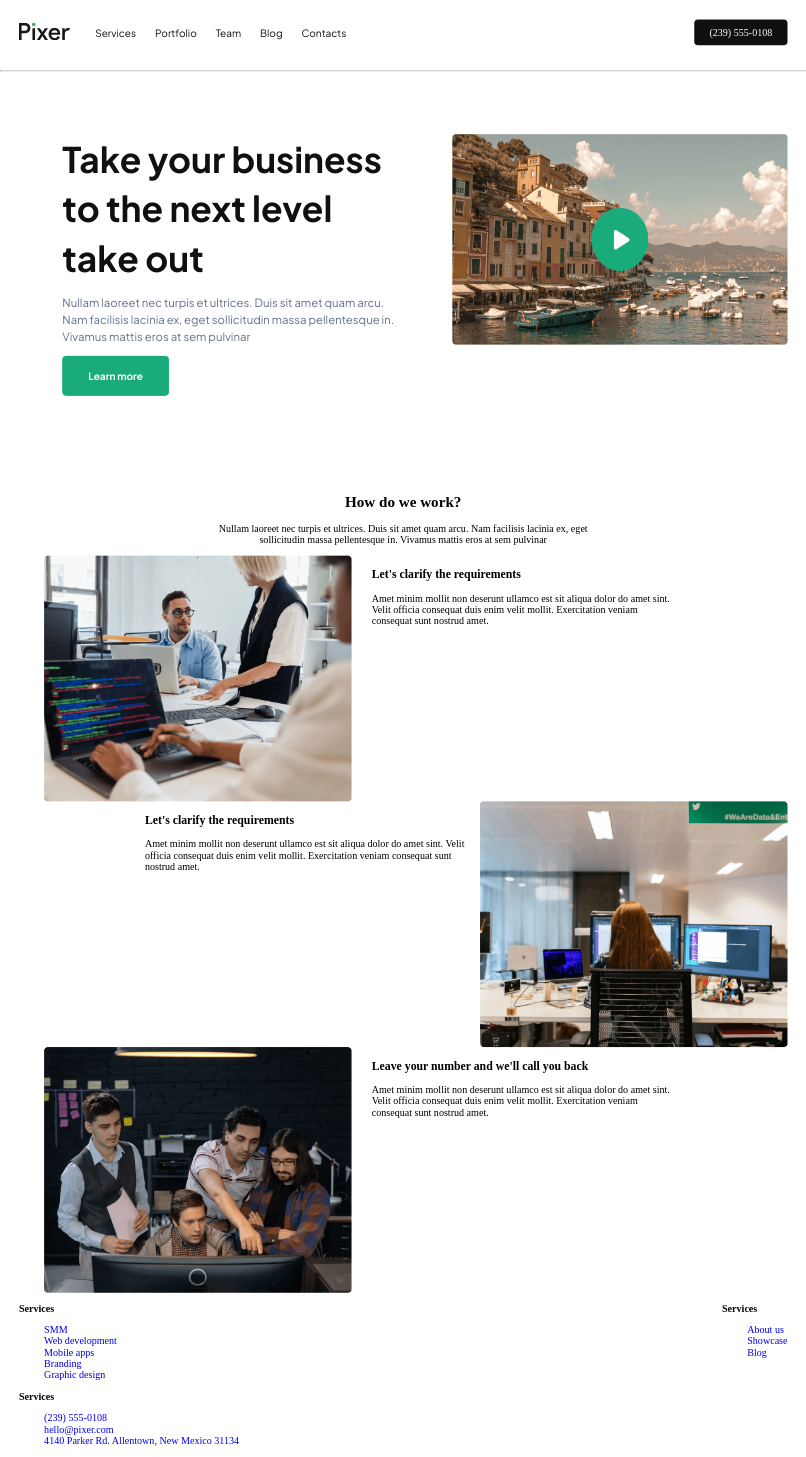
Repository: UlugbekAbdurasulov/pixar
Page: index.html
These files come from the project's save history. The page is drawn as it stood at one moment and after a run of saves; the edit follows.
The browser window is 1280 px wide. The pictures show the whole page, at 63% of full size.

Above is the page before, as saved 2023-06-05 02:18:14.

### index.html
<!DOCTYPE html>
<html lang="en">
  <head>
    <meta charset="UTF-8" />
    <meta http-equiv="X-UA-Compatible" content="IE=edge" />
    <meta name="viewport" content="width=device-width, initial-scale=1.0" />

    <link rel="stylesheet" href="./css/main.css" />
    <title>Imthon</title>
  </head>
  <body>
    <header class="navbar">
      <div class="container">
        <div class="navbar-box">
          <div class="navvar-right">
            <a href="#"
              ><img
                src="./image/logo.svg"
                width="81"
                height="28"
                alt="pixer campaign lagatip"
            /></a>

            <nav class="navbar-naving">
              <ul class="navvar-helper">
                <li class="navbar-menu">
                  <a class="navbar-menu-link" href="#"><p>Services</p></a>
                </li>
                <li class="navbar-menu">
                  <a class="navbar-menu-link" href="#"><p>Portfolio</p></a>
                </li>
                <li class="navbar-menu">
                  <a class="navbar-menu-link" href="#"><p>Team</p></a>
                </li>
                <li class="navbar-menu">
                  <a class="navbar-menu-link" href="#"><p>Blog</p></a>
                </li>
                <li class="navbar-menu">
                  <a class="navbar-menu-link" href="#"><p>Contacts</p></a>
                </li>
              </ul>
            </nav>
          </div>
          <div class="navbar-link">
            <a class="navbar-enker" href="tel:2395550108">(239) 555-0108 </a>
          </div>
        </div>
      </div>
    </header>
    <hr />


        <div class="container">
            <div  class="hero">
                <div class="hero-wrapper">
                    <div class="hero-wrapper-information">
                        <h1 class="hero-wrapper-footer">
                            Take your   business to the next level take out
                        </h1>
                        <p class="hero-wrapper-text">
                            Nullam laoreet nec turpis et ultrices. Duis sit amet quam arcu. Nam facilisis lacinia ex, eget sollicitudin massa pellentesque in. Vivamus mattis eros at sem pulvinar
                        </p>
                       <a class="hero-wrapper-enker" href="#">Learn more</a>
                    </div>
                    <img src="./image/You-Tube.png" width="532" height="334" alt="">
                </div>
            </div>
</div>
    </menu>
    <section>
    <!-- text -->
    </section>


  <section>
    <div class="container">

      <div class="Services">
        <h2>How do we work?</h2>
        <p>Nullam laoreet nec turpis et ultrices. Duis sit amet quam arcu. Nam facilisis lacinia ex, eget sollicitudin massa pellentesque in. Vivamus mattis eros at sem pulvinar</p>
      </div>
   <ul>
    <li class="services-work"><img src="./image/lissining.png" alt=""> <div class="Services-cantent"><h3>Let's clarify the requirements</h3> <p> Amet minim mollit non deserunt ullamco est sit aliqua dolor do amet sint. Velit officia consequat duis enim velit mollit. Exercitation veniam consequat sunt nostrud amet. </p></div></li>
    <li class="services-work roower"><img src="./image/work.png" alt=""> <div class="Services-cantent cantent"><h3>Let's clarify the requirements</h3> <p> Amet minim mollit non deserunt ullamco est sit aliqua dolor do amet sint. Velit officia consequat duis enim velit mollit. Exercitation veniam consequat sunt nostrud amet. </p></div></li>
    <li class="services-work"><img src="./image/team.png" alt=""> <div class="Services-cantent"><h3>Leave your number and we'll call you back</h3> <p> Amet minim mollit non deserunt ullamco est sit aliqua dolor do amet sint. Velit officia consequat duis enim velit mollit. Exercitation veniam consequat sunt nostrud amet. </p></div></li>
   </ul>
    </div>
  </section>

  <footer>


      <div class="sayt-footer-start">

        <div class="container">
<div class="sayt-footer-start-box">
  <div class="sayt-footer-start-services">
    <strong>Services</strong>
    <ul >
      <li><a href="#"> SMM </a></li>
      <li><a href="#"> Web development</a></li>
      <li><a href="#"> Mobile apps </a></li>
      <li><a href="#"> Branding </a></li>
      <li><a href="#"> Graphic design </a></li>
    </ul>

  </div>
  <div class="sayt-footer-start-Resources">
    <strong>Services</strong>
    <ul >
      <li><a href="#">About us</a></li>
      <li><a href="#">Showcase</a></li>
      <li><a href="#">Blog</a></li>
    </ul>

  </div>
</div>
  <div class="sayt-footer-start-Connect">
    <strong>Services</strong>
    <ul >
      <li><a href="#">(239) 555-0108</a></li>
      <li><a href="#">hello@pixer.com</a></li>
      <li><a href="#">4140 Parker Rd. Allentown, New Mexico 31134</a></li>

    </ul>

  </div>


        </div>

      </div>
      <div class="sayt-footer-bottom">
        <div class="container"></div>
      </div>

  </footer>
  </body>
</html>

### css/main.css
/* plus-jakarta-sans-regular - latin */
@font-face {
  font-display: swap; /* Check https://developer.mozilla.org/en-US/docs/Web/CSS/@font-face/font-display for other options. */
  font-family: "Plus Jakarta Sans";
  font-style: normal;
  font-weight: 400;
  src: url("../fontFamly/plus-jakarta-sans-v7-latin-regular.woff2")
      format("woff2"),
    /* Chrome 36+, Opera 23+, Firefox 39+, Safari 12+, iOS 10+ */
      url("../fontFamly/plus-jakarta-sans-v7-latin-regular.woff") format("woff"); /* Chrome 5+, Firefox 3.6+, IE 9+, Safari 5.1+, iOS 5+ */
}

@font-face {
  font-display: swap; /* Check https://developer.mozilla.org/en-US/docs/Web/CSS/@font-face/font-display for other options. */
  font-family: "Plus Jakarta Sans";
  font-style: italic;
  font-weight: 500;
  src: url("../fontFamly/plus-jakarta-sans-v7-latin-500italic.woff2")
      format("woff2"),
    /* Chrome 36+, Opera 23+, Firefox 39+, Safari 12+, iOS 10+ */
      url("../fontFamly/plus-jakarta-sans-v7-latin-500italic.woff")
      format("woff"); /* Chrome 5+, Firefox 3.6+, IE 9+, Safari 5.1+, iOS 5+ */
}

@font-face {
  font-display: swap; /* Check https://developer.mozilla.org/en-US/docs/Web/CSS/@font-face/font-display for other options. */
  font-family: "Plus Jakarta Sans";
  font-style: normal;
  font-weight: 600;
  src: url("../fontFamly/plus-jakarta-sans-v7-latin-600.woff2") format("woff2"),
    /* Chrome 36+, Opera 23+, Firefox 39+, Safari 12+, iOS 10+ */
      url("../fontFamly/plus-jakarta-sans-v7-latin-600.woff") format("woff"); /* Chrome 5+, Firefox 3.6+, IE 9+, Safari 5.1+, iOS 5+ */
}

@font-face {
  font-display: swap; /* Check https://developer.mozilla.org/en-US/docs/Web/CSS/@font-face/font-display for other options. */
  font-family: "Plus Jakarta Sans";
  font-style: normal;
  font-weight: 700;
  src: url("../fontFamly/plus-jakarta-sans-v7-latin-700.woff2") format("woff2"),
    /* Chrome 36+, Opera 23+, Firefox 39+, Safari 12+, iOS 10+ */
      url("../fontFamly/plus-jakarta-sans-v7-latin-700.woff") format("woff"); /* Chrome 5+, Firefox 3.6+, IE 9+, Safari 5.1+, iOS 5+ */
}

* {
  box-sizing: border-box;
  text-decoration: none;
  list-style: none;
}
body {
  margin: 0;
  padding: 0;
  background-color: #fff;
}
.container {
  width: 1260px;
  margin: 0px auto;
  padding: 0 20px;
}
.navbar-box {
  padding-top: 24px;
  padding-bottom: 24px;
  display: flex;
  justify-content: space-between;
  align-items: center;
  margin: 0;
}

.navvar-right {
  display: flex;
  justify-content: center;
  align-items: center;
  margin: 0;
}
.navvar-helper {
  display: flex;
  margin: 0;
}
.navbar-menu {
  margin-right: 30px;
}
.navbar-enker {
  color: #fff;
  margin: auto right;
  background: #101010;
  border-radius: 6px;
  padding: 12px 24px;
  margin-top: 24px;
}
.navbar-menu-link :hover {
  color: #1aab7b;
}
.navbar-menu-link :active {
  color: #1aab7b;
}

.hr {
  background: #ffffff;
  border-bottom: 1px solid #eeeef4;
}
.hero {
  padding-top: 91px;
  padding-bottom: 156px;
}
.hero-wrapper {
  display: flex;
  justify-content: space-between;
  margin: 0;
}
.hero-wrapper-information {
  width: 550px;
  margin: 0 auto;
}

.hero-wrapper-footer {
  font-family: "Plus Jakarta Sans";
  font-style: normal;
  font-weight: 700;
  font-size: 56px;
  line-height: 140%;
  color: #101010;
  margin: 0;
}
.hero-wrapper-text {
  font-family: "Plus Jakarta Sans";
  font-style: normal;
  font-weight: 400;
  font-size: 18px;
  line-height: 150%;
  color: #636f87;

  margin-bottom: 40px;
}

/* .navbar-link{
        margin: 0 auto;
        padding-top: 24px;
    } */
.navbar-menu-link {
  font-family: "Plus Jakarta Sans";
  font-style: normal;
  font-weight: 500;
  font-size: 16px;
  line-height: 150%;

  color: #101010;
}
.hero-wrapper-enker {
  font-family: "Plus Jakarta Sans";
  font-style: normal;
  font-weight: 700;
  font-size: 16px;
  line-height: 120%;

  text-align: center;
  padding: 20px 40px;
  color: #fff;
  border: 1px #1aab7b solid;
  background-color: #1aab7b;
  border-radius: 6px;
}

.hero-wrapper-enker:hover {
  background: #ffffff;
  border: 1.5px solid #1aab7b;
  border-radius: 6px;
  color: #1aab7b;
}
.hero-wrapper-enker :active {
  background-color: #1aab7b;
  opacity: 0.7;
  color: #fff;
}

.Services{
    width: 650px;
    /* margin: 0 auto; */

 margin: 0 auto;
text-align: center;
}
.services-work{
  display: flex;
}
.Services-cantent{
width: 488px;
margin-left: 32px;
}
.roower{
  flex-direction: row-reverse;
}
.cantent{
  width: 532px;
}
.sayt-footer-start-box{
  display: flex;
justify-content: space-between;
}
.sayt-footer-start-services{
  margin-right: 151px;
}
.sayt-footer-start-Connect{
  margin: auto right;
}
.sayt-footer-start-child{
  margin: 0;
}

### image/logo.svg
<svg width="81" height="28" viewBox="0 0 81 28" fill="none" xmlns="http://www.w3.org/2000/svg">
<path d="M0 27.3919V0.303287H9.34316C10.5077 0.295204 11.664 0.499932 12.7556 0.907471C13.7897 1.29072 14.742 1.86772 15.5618 2.6078C16.3947 3.36821 17.057 4.29789 17.5046 5.3351C17.9523 6.3723 18.175 7.49328 18.158 8.62358C18.1698 9.74744 17.9445 10.8611 17.497 11.8913C17.0496 12.9215 16.39 13.8449 15.5618 14.6008C14.7422 15.3412 13.7899 15.9182 12.7556 16.3011C11.6648 16.7088 10.5093 16.9139 9.34542 16.9065H4.25674V27.3862L0 27.3919ZM9.45604 12.8257C10.1017 12.8382 10.7431 12.7171 11.34 12.4697C11.8662 12.2485 12.3409 11.92 12.7341 11.5051C13.1055 11.1105 13.3993 10.649 13.5999 10.1448C13.7961 9.66446 13.8984 9.15069 13.9013 8.63152C13.8979 7.55157 13.4798 6.51456 12.7341 5.73642C12.3077 5.30129 11.7976 4.95789 11.2348 4.72715C10.672 4.49641 10.0684 4.38315 9.46056 4.39429H4.25674V12.8302L9.45604 12.8257Z" fill="#191919"/>
<path d="M21.4734 8.85371V27.3919H25.6556V8.85371H21.4734Z" fill="#191919"/>
<path d="M26.3611 2.83451C26.3674 3.20623 26.2989 3.57538 26.1598 3.91992C26.0208 4.26446 25.814 4.57731 25.5518 4.83977C25.2975 5.10879 24.9903 5.32169 24.6496 5.46494C24.3089 5.60819 23.9422 5.67864 23.573 5.6718V0.000627874C23.9422 -0.00592918 24.3088 0.0646457 24.6494 0.207876C24.9901 0.351106 25.2973 0.563865 25.5518 0.832657C25.8134 1.09484 26.0199 1.40716 26.1589 1.75105C26.2979 2.09495 26.3667 2.4634 26.3611 2.83451Z" fill="#35AF39"/>
<path d="M23.5696 0.000636352V5.67521C23.1955 5.68389 22.8238 5.61441 22.4779 5.47118C22.132 5.32795 21.8195 5.11409 21.5603 4.84318C21.2969 4.58076 21.0891 4.26751 20.9494 3.92231C20.8097 3.5771 20.7411 3.20708 20.7475 2.83452C20.7422 2.46314 20.8114 2.09449 20.9511 1.75055C21.0907 1.40662 21.2979 1.09445 21.5603 0.832666C21.8199 0.562198 22.1324 0.34864 22.4782 0.205443C22.824 0.0622456 23.1956 -0.00748732 23.5696 0.000636352Z" fill="#35AF39"/>
<path d="M34.8486 17.9709L28.481 8.85371H33.3417L37.3343 14.7176H37.4471L41.1722 8.85371H46.2203L39.7781 17.9709L46.3331 27.3919H41.3664L37.3726 21.3387H37.2598L33.2999 27.3919H28.3681L34.8486 17.9709Z" fill="#191919"/>
<path d="M65.2893 22.9653C64.4947 24.4194 63.3552 25.654 61.9717 26.5598C60.5419 27.5196 58.7843 27.9995 56.699 27.9995C55.3882 28.0133 54.088 27.7623 52.8757 27.2615C51.7354 26.7889 50.7032 26.0872 49.8426 25.1996C48.9783 24.302 48.2996 23.2413 47.8458 22.0789C47.3571 20.8192 47.1142 19.4769 47.1301 18.1251C47.1227 16.8268 47.3523 15.5382 47.8074 14.3231C48.2358 13.1637 48.8815 12.0975 49.7094 11.182C50.5737 10.2405 51.6261 9.49271 52.7979 8.98757C53.9696 8.48244 55.2344 8.23133 56.5094 8.25066C57.9392 8.25066 59.214 8.49022 60.3338 8.96934C61.4151 9.42349 62.3856 10.1076 63.1784 10.9746C63.9808 11.8743 64.5899 12.9305 64.9676 14.0771C65.3926 15.3558 65.6028 16.6966 65.5895 18.0446V18.3846C65.5654 18.4964 65.5526 18.6104 65.5512 18.7247C65.5266 18.8237 65.514 18.9253 65.5139 19.0274H51.3123C51.3651 19.8327 51.583 20.6185 51.9524 21.3353C52.2761 21.9571 52.7174 22.5096 53.2516 22.9619C53.7568 23.3856 54.3391 23.7067 54.9663 23.9073C55.562 24.1045 56.1847 24.2066 56.8119 24.21C58.016 24.21 59.0082 23.9202 59.7886 23.3405C60.5665 22.7601 61.2192 22.0274 61.7075 21.1868L65.2893 22.9653ZM61.4073 15.8149C61.3409 15.3791 61.2207 14.9534 61.0495 14.5476C60.85 14.0652 60.5555 13.6284 60.1837 13.2632C59.7461 12.8402 59.2354 12.5006 58.6767 12.2612C58.0619 11.9838 57.315 11.8452 56.436 11.8452C55.2319 11.8452 54.1957 12.2045 53.3273 12.9232C52.4588 13.6418 51.8749 14.6057 51.5753 15.8149H61.4073Z" fill="#191919"/>
<path d="M68.7547 8.85369H72.7055V11.6536H72.9313C73.1688 11.1616 73.4819 10.7102 73.8591 10.316C74.247 9.89965 74.6912 9.54019 75.1787 9.24817C75.6682 8.95657 76.186 8.71577 76.7241 8.5295C77.226 8.34898 77.7544 8.25397 78.2875 8.24837C78.8074 8.23859 79.3264 8.29612 79.8317 8.41954C80.2394 8.52653 80.632 8.68498 81 8.8911L79.7944 12.7123C79.4992 12.5808 79.1891 12.4856 78.8711 12.4289C78.4668 12.3607 78.0573 12.3288 77.6474 12.3337C77.0015 12.3262 76.3626 12.4698 75.7815 12.7531C75.2163 13.0321 74.7108 13.4195 74.2937 13.8935C73.8555 14.3945 73.5168 14.9752 73.2959 15.604C73.0551 16.2746 72.9339 16.9826 72.938 17.6954V27.3918H68.7614L68.7547 8.85369Z" fill="#191919"/>
</svg>

After the next 4 saves:
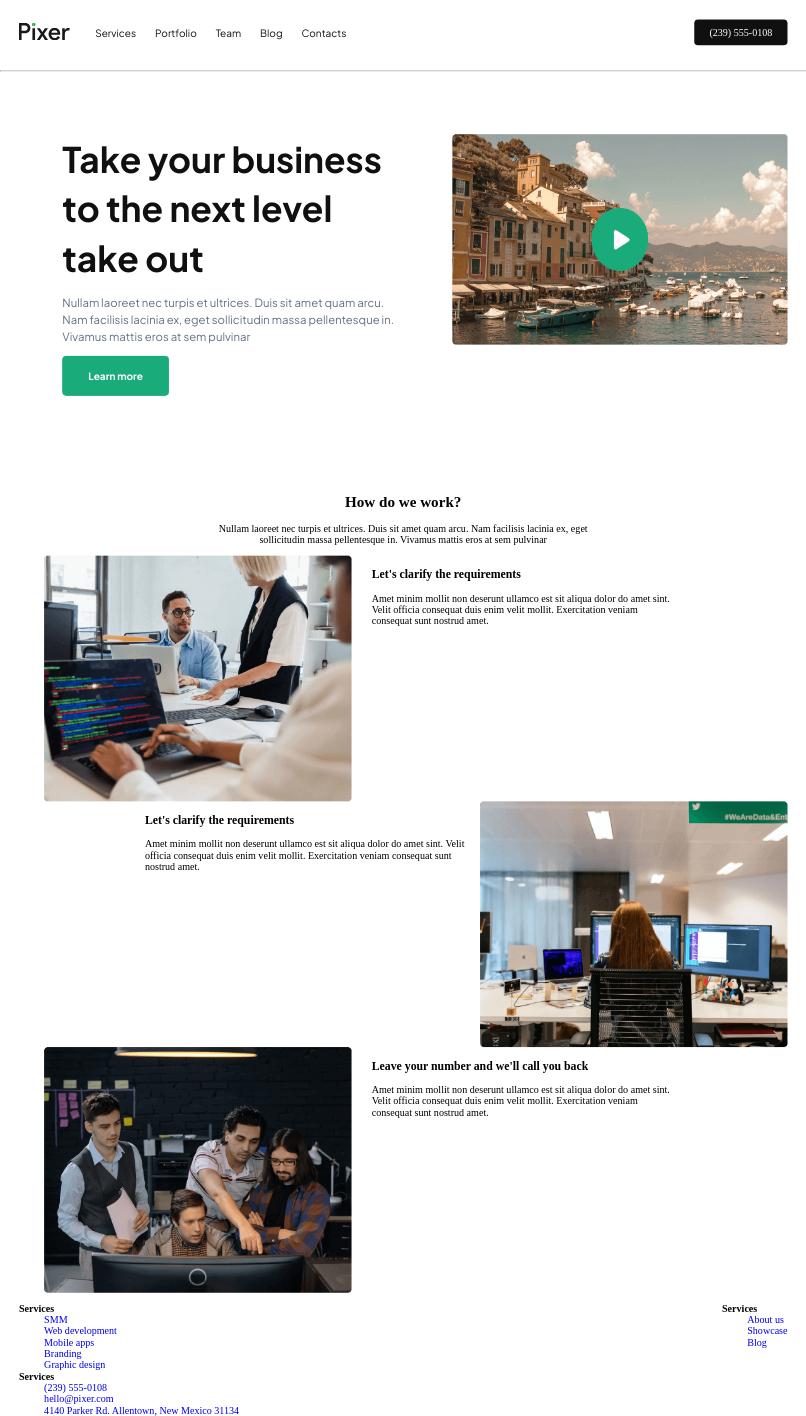
The 4 saves are shown as one change because they came seconds apart.
The last was saved 14 s later.
--- a/index.html
+++ b/index.html
@@ -96,7 +96,7 @@
 <div class="sayt-footer-start-box">
   <div class="sayt-footer-start-services">
     <strong>Services</strong>
-    <ul >
+    <ul class="sayt-footer-start-child">
       <li><a href="#"> SMM </a></li>
       <li><a href="#"> Web development</a></li>
       <li><a href="#"> Mobile apps </a></li>
@@ -107,7 +107,7 @@
   </div>
   <div class="sayt-footer-start-Resources">
     <strong>Services</strong>
-    <ul >
+    <ul class="sayt-footer-start-child">
       <li><a href="#">About us</a></li>
       <li><a href="#">Showcase</a></li>
       <li><a href="#">Blog</a></li>
@@ -117,7 +117,7 @@
 </div>
   <div class="sayt-footer-start-Connect">
     <strong>Services</strong>
-    <ul >
+    <ul class="sayt-footer-start-child">
       <li><a href="#">(239) 555-0108</a></li>
       <li><a href="#">hello@pixer.com</a></li>
       <li><a href="#">4140 Parker Rd. Allentown, New Mexico 31134</a></li>

After the save that followed:
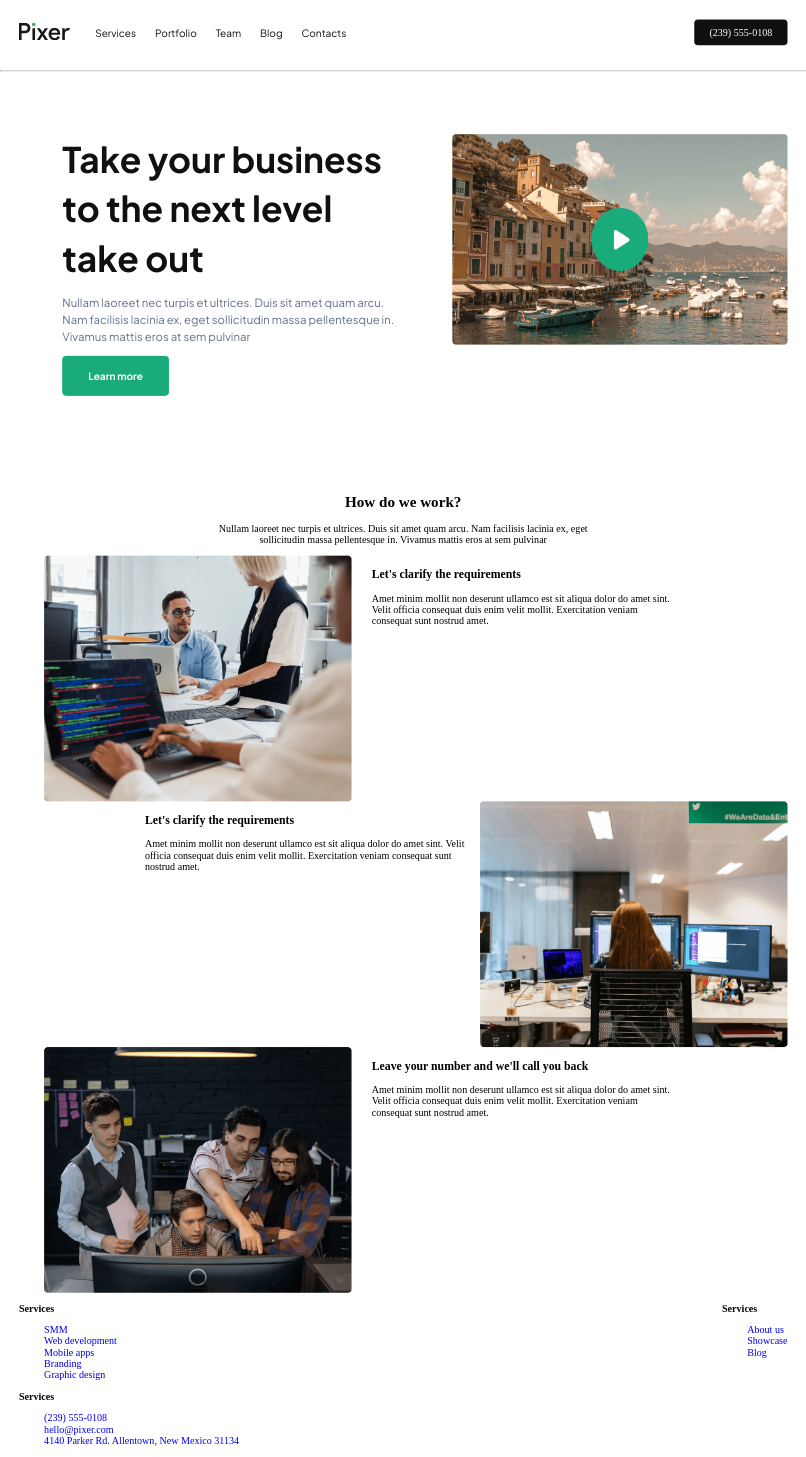
Saved 23 s later.
--- a/index.html
+++ b/index.html
@@ -96,7 +96,7 @@
 <div class="sayt-footer-start-box">
   <div class="sayt-footer-start-services">
     <strong>Services</strong>
-    <ul class="sayt-footer-start-child">
+    <ul >
       <li><a href="#"> SMM </a></li>
       <li><a href="#"> Web development</a></li>
       <li><a href="#"> Mobile apps </a></li>
@@ -107,7 +107,7 @@
   </div>
   <div class="sayt-footer-start-Resources">
     <strong>Services</strong>
-    <ul class="sayt-footer-start-child">
+    <ul >
       <li><a href="#">About us</a></li>
       <li><a href="#">Showcase</a></li>
       <li><a href="#">Blog</a></li>
@@ -117,7 +117,7 @@
 </div>
   <div class="sayt-footer-start-Connect">
     <strong>Services</strong>
-    <ul class="sayt-footer-start-child">
+    <ul >
       <li><a href="#">(239) 555-0108</a></li>
       <li><a href="#">hello@pixer.com</a></li>
       <li><a href="#">4140 Parker Rd. Allentown, New Mexico 31134</a></li>
